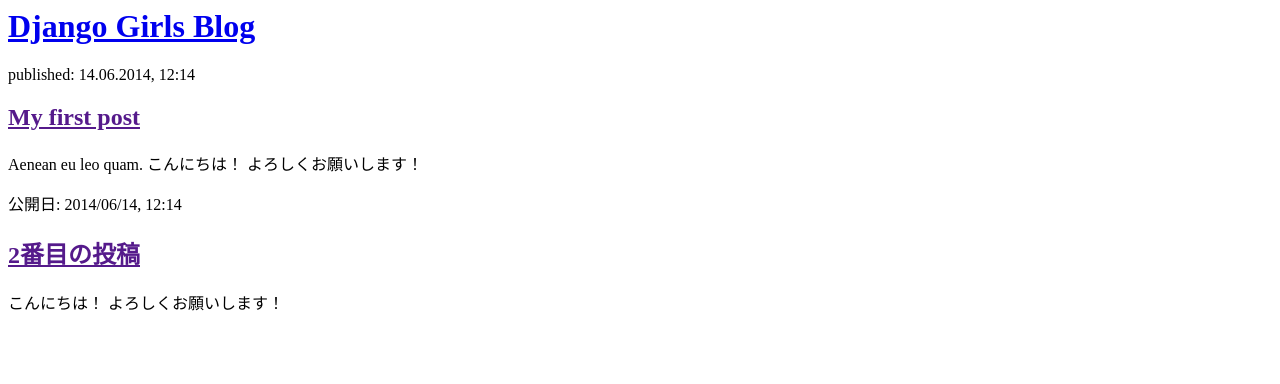
Repository: yoku-094/practice_python
Page: http://localhost/
An editor plug-in stored every save of this project. The page is shown before and after the next save, followed by the edit.
The browser window is 1280 px wide. The pictures show the whole page.
The page is served by the project's application, run on Django 3.2 (manage.py). Queries for data that is not in the repository find no rows.

Above is the page before, as saved 2022-08-30 12:16:48.

After the next save:
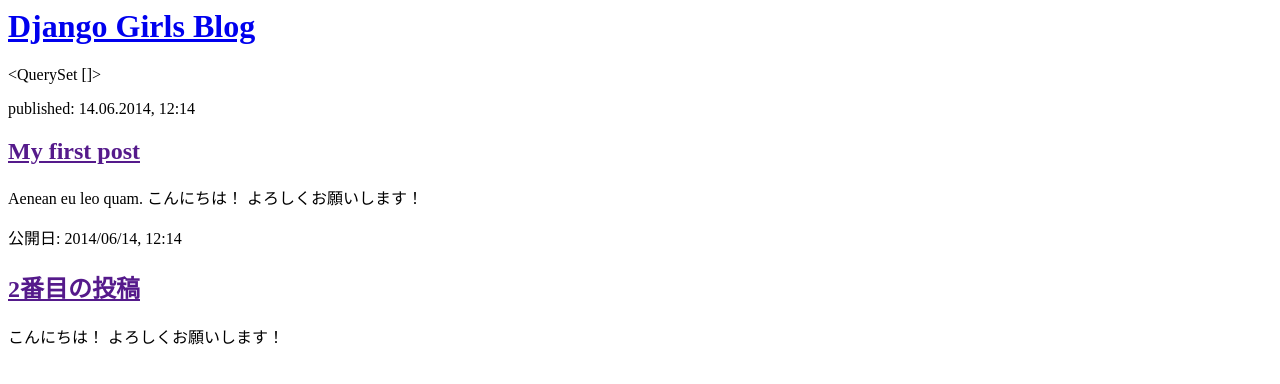
Saved 2 min 19 s later.
--- a/blog/templates/blog/post_list.html
+++ b/blog/templates/blog/post_list.html
@@ -5,6 +5,7 @@
   <body>
     <div>
       <h1><a href="/">Django Girls Blog</a></h1>
+      {{ posts }}
     </div>
 
     <div>

After the save that followed:
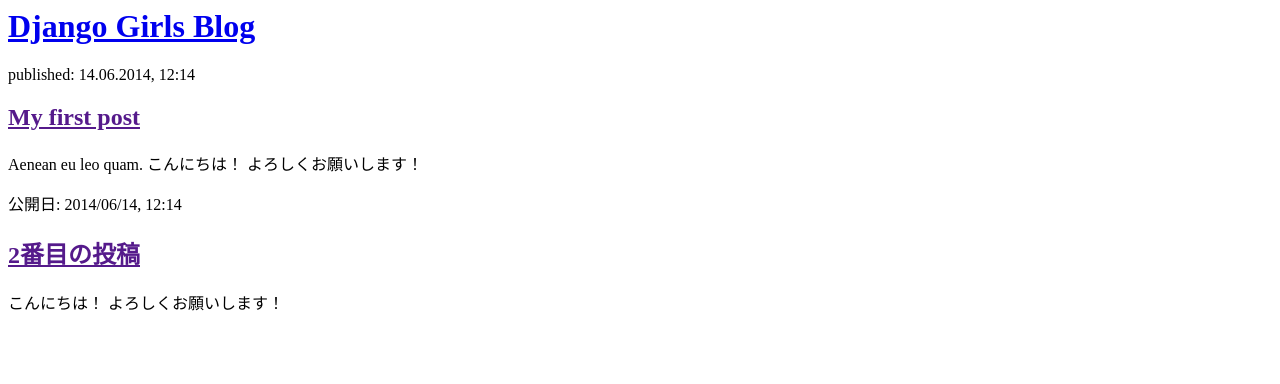
Saved 84 s later.
--- a/blog/templates/blog/post_list.html
+++ b/blog/templates/blog/post_list.html
@@ -5,7 +5,7 @@
   <body>
     <div>
       <h1><a href="/">Django Girls Blog</a></h1>
-      {{ posts }}
+      {% for post in posts %} {{ post }} {% endfor %}
     </div>
 
     <div>
